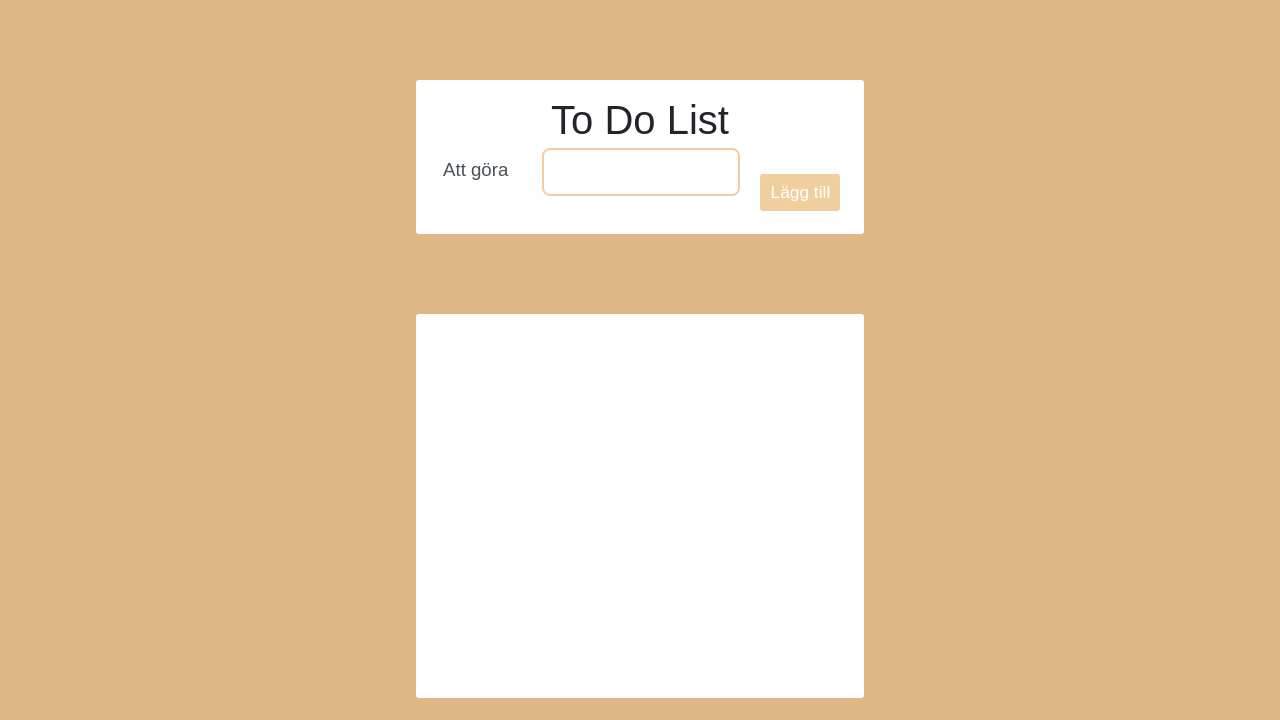
Repository: skepp4rn/todolist
Page: index.html
The author's editor kept a copy of each file at every save. The page is drawn from the files as they stood at one save, then again after a run of saves.
The browser window is 1280 px wide. The pictures show the whole page.
The page's requests for data from a server got no answer. Some web libraries are served in a nearby version.

Above is the page before, as saved 2021-01-28 12:16:57.

After the next 2 saves:
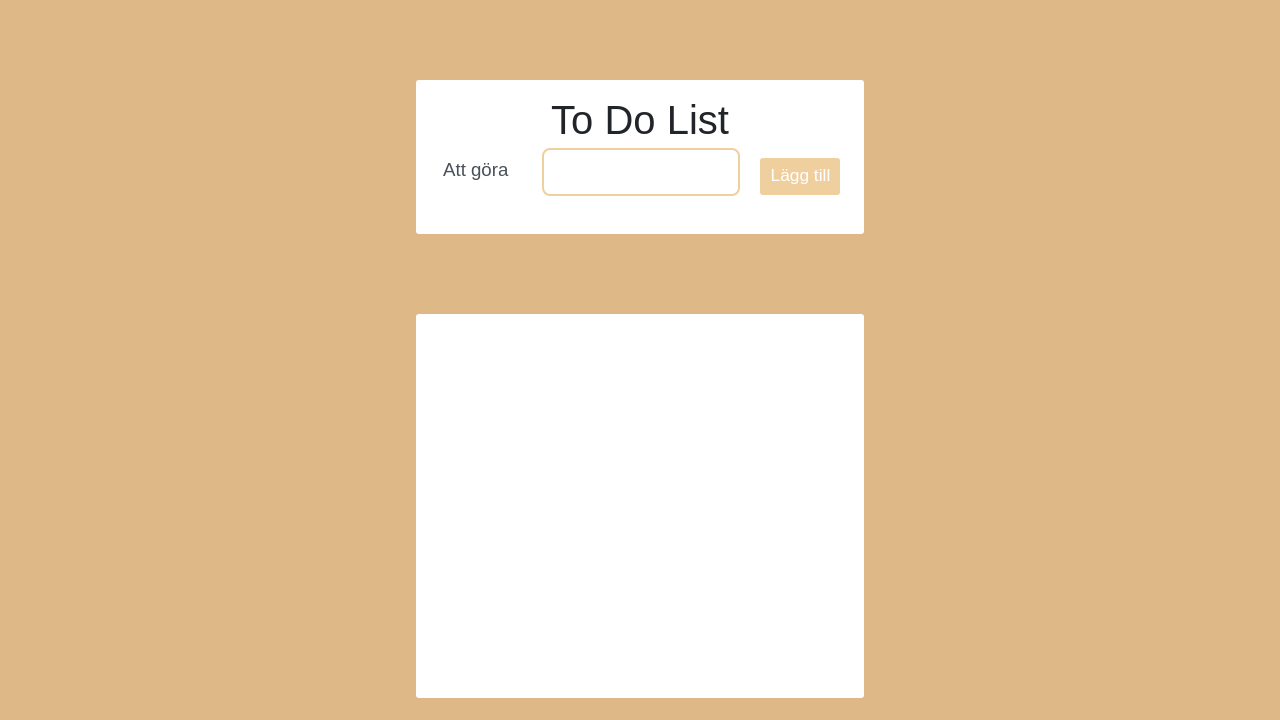
The 2 saves are shown as one change because they came seconds apart.
The last was saved 5 min 10 s later.
--- a/css/style.css
+++ b/css/style.css
@@ -49,6 +49,7 @@ body {
     width: 5rem;
     height: 2.3rem;
     align-self: center;
+    margin-bottom: 100px;
 
 }
 
